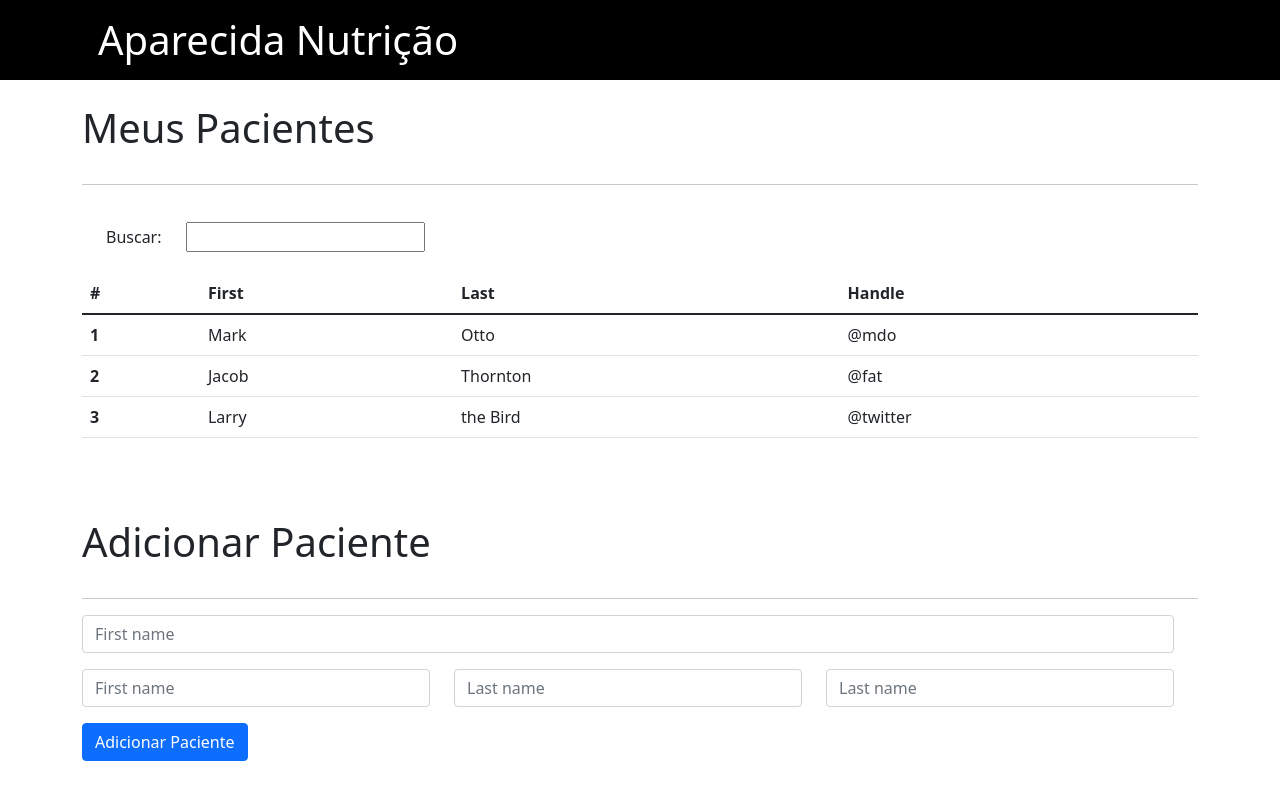
Repository: eversonps/app-paciente
Page: / (app in frontend/)
The author's editor kept a copy of each file at every save. The page is drawn from the files as they stood at one save, then again after the next save.
The browser window is 1280 px wide. The pictures show the whole page.
The project was rebuilt for these pictures with package versions that can differ from the ones it lists, and the page was loaded fresh each time.

Above is the page before, as saved 2022-03-28 14:44:03.

### frontend/src/index.js
import React from 'react';
import ReactDOM from 'react-dom';
import './index.css';
import App from './App';
import  '../node_modules/bootstrap/dist/css/bootstrap.min.css'

ReactDOM.render(
    <App />,
    document.getElementById('root')
);

### frontend/src/App.jsx
import Header from "./components/Header";
import MyPacients from "./components/MyPacients";
import Main from "./components/Main"
import AddPacient from "./components/AddPacient";

function App() {
  return (
    <div className="App">
        <Header></Header>
        <Main>
            <MyPacients></MyPacients>
            <AddPacient></AddPacient>
        </Main>
    </div>
  );
}

export default App;

### frontend/src/components/Header.jsx
import React from "react";

export default props => {
    return (
        <header className="bg-black">
            <div className="container">
                <h1 className="text-white p-3">Aparecida Nutrição</h1>
            </div>
        </header>
    )
}

### frontend/src/components/MyPacients.jsx
import React from "react";
import FilterPacients from "../Templates/FilterPacients";
import Table from "../Templates/Table";
import Title from "../Templates/Title";

export default props => (
    <div>
        <Title name="Meus Pacientes"></Title>

        <FilterPacients></FilterPacients>
        <Table></Table>
    </div>
)

### frontend/src/components/Main.jsx
import React from "react";

export default props => (
    <main className="container">
        {props.children}
    </main>
)

### frontend/src/components/AddPacient.jsx
import React from "react";
import FormPacients from "../Templates/FormPacients";
import Title from "../Templates/Title"
import Button from "../Templates/Button";

export default props => (
    <div className="py-5">
        <Title name="Adicionar Paciente"></Title>
        <FormPacients></FormPacients>
        <div className="mt-3">
            <Button type="primary" name="Adicionar Paciente"></Button>
        </div>
    </div>
)

### frontend/src/Templates/FilterPacients.jsx
import React from "react";

export default props => (
    <div>
        <label className="m-4">Buscar: </label>
        <input type="text" />
    </div>
)

### frontend/src/Templates/Table.jsx
import React from "react";

export default props => (
    <div>
        <table class="table">
        <thead class="thead-dark">
            <tr>
                <th scope="col">#</th>
                <th scope="col">First</th>
                <th scope="col">Last</th>
                <th scope="col">Handle</th>
            </tr>
        </thead>
        <tbody>
            <tr>
                <th scope="row">1</th>
                <td>Mark</td>
                <td>Otto</td>
                <td>@mdo</td>
            </tr>
                <tr>
                <th scope="row">2</th>
                <td>Jacob</td>
                <td>Thornton</td>
                <td>@fat</td>
                </tr>
            <tr>
                <th scope="row">3</th>
                <td>Larry</td>
                <td>the Bird</td>
                <td>@twitter</td>
                </tr>
            </tbody>
        </table>
    </div>

)

### frontend/src/Templates/Title.jsx
import React from "react";

export default props => (
    <div>
        <h1 className="pt-3 py-3">{props.name}</h1>
        <hr />
    </div>
)

### frontend/src/Templates/FormPacients.jsx
import React from "react";

export default props => (
    <form>
        <div className="row">
            <div className="row mb-3">
                <div className="col">
                    <input type="text" className="form-control" placeholder="First name" />
                </div>
            </div>
            <div className="row">
                <div className="col">
                    <input type="text" className="form-control" placeholder="First name" />
                </div>
                <div className="col">
                    <input type="text" className="form-control" placeholder="Last name" />
                </div>
                <div className="col">
                    <input type="text" className="form-control" placeholder="Last name" />
                </div>
            </div>
        </div>
    </form>
)

### frontend/src/Templates/Button.jsx
import React from "react";

export default props => (
    <button type="button" class={`btn btn-${props.type}`}>{props.name}</button>
)

Loaded but not shown: frontend/public/index.html (common file); frontend/src/index.css (common file)

After the next save:
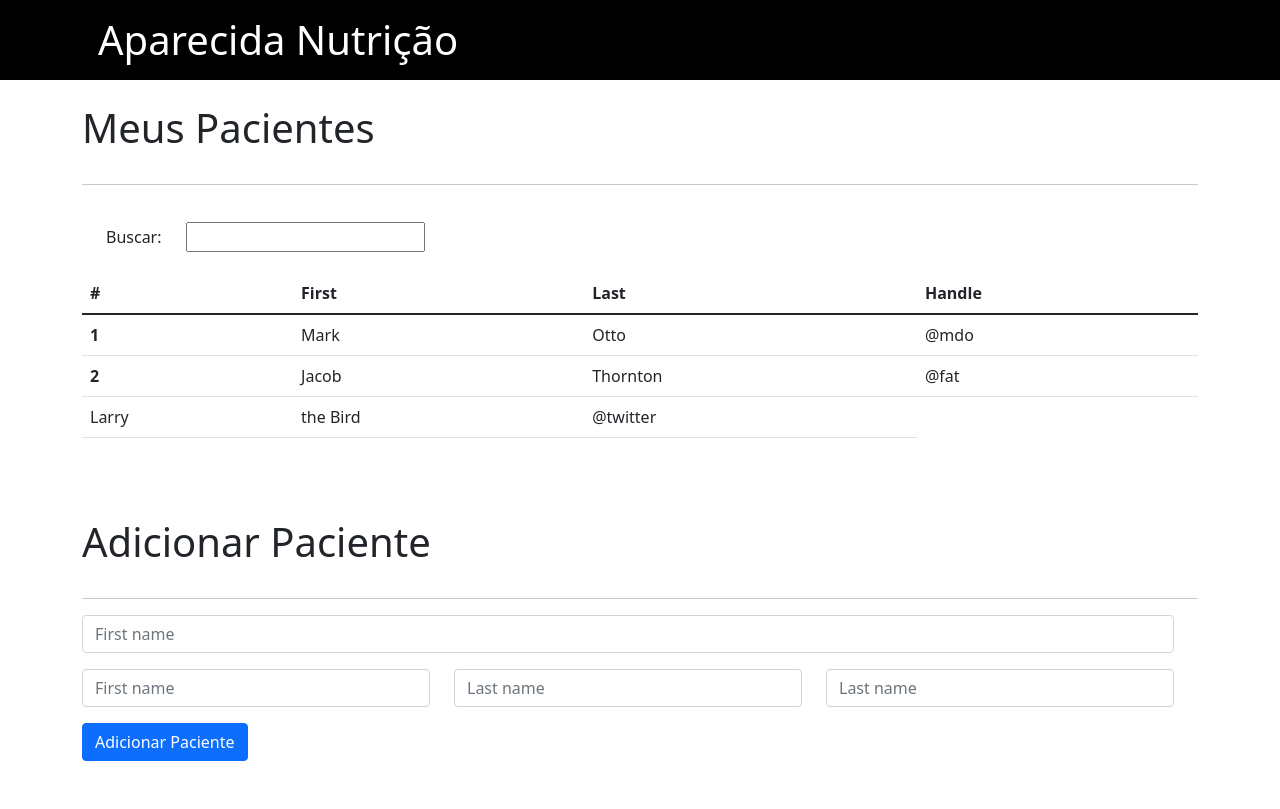
Saved 11 s later.
--- a/frontend/src/Templates/Table.jsx
+++ b/frontend/src/Templates/Table.jsx
@@ -25,7 +25,6 @@ export default props => (
                 <td>@fat</td>
                 </tr>
             <tr>
-                <th scope="row">3</th>
                 <td>Larry</td>
                 <td>the Bird</td>
                 <td>@twitter</td>
